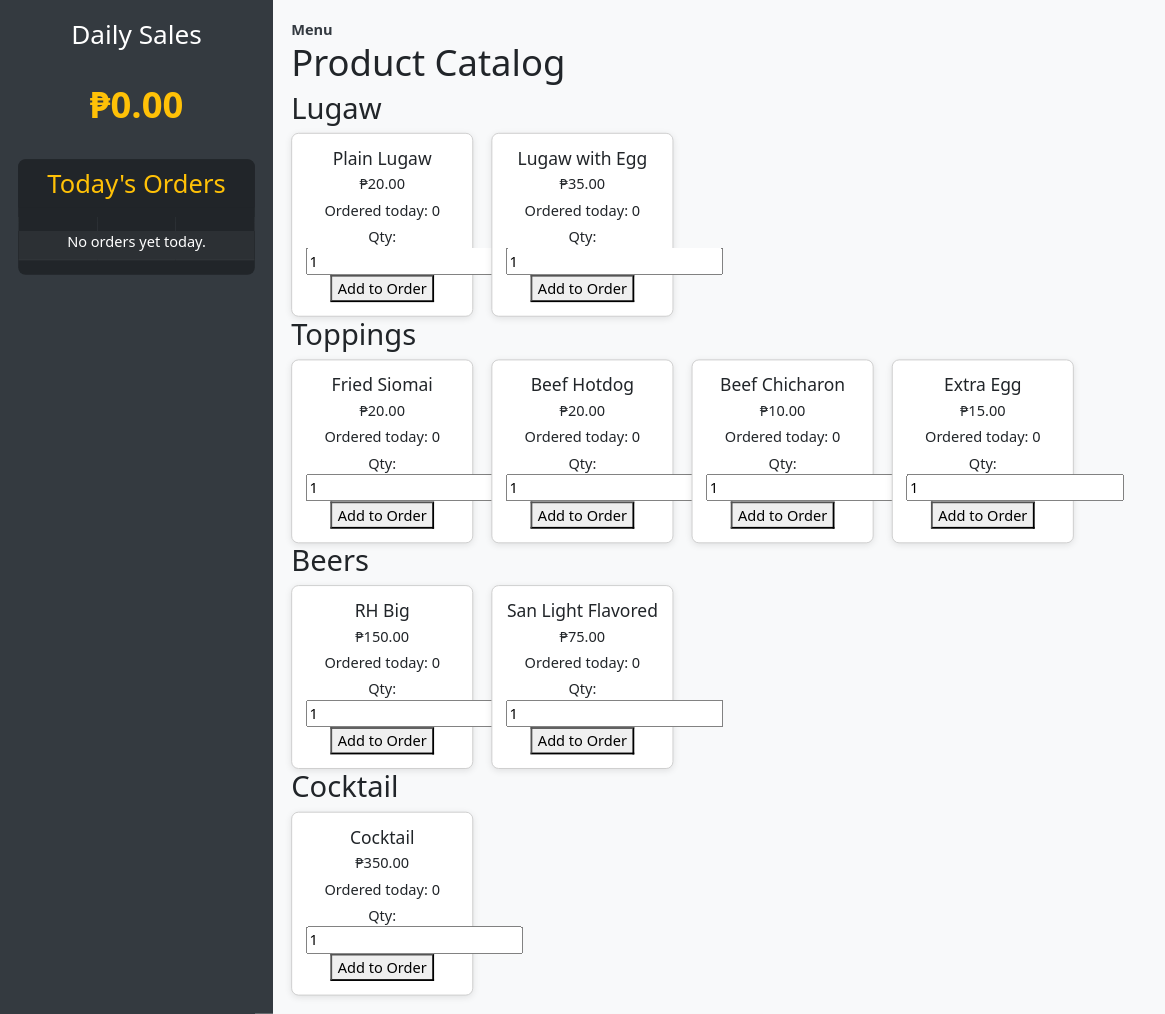
Repository: Jijiluzana225/lugawan_pitlane
Page: http://localhost/catalog/
The author's editor kept a copy of each file at every save. The page is drawn from the files as they stood at one save, then again after the next save.
The browser window is 1280 px wide. The pictures show the whole page, at 91% of full size.
The page is served by the project's application, run on Django 5.2 (manage.py). The page reads the database file committed with the project.

Above is the page before, as saved 2025-03-06 09:40:09.

After the next save:
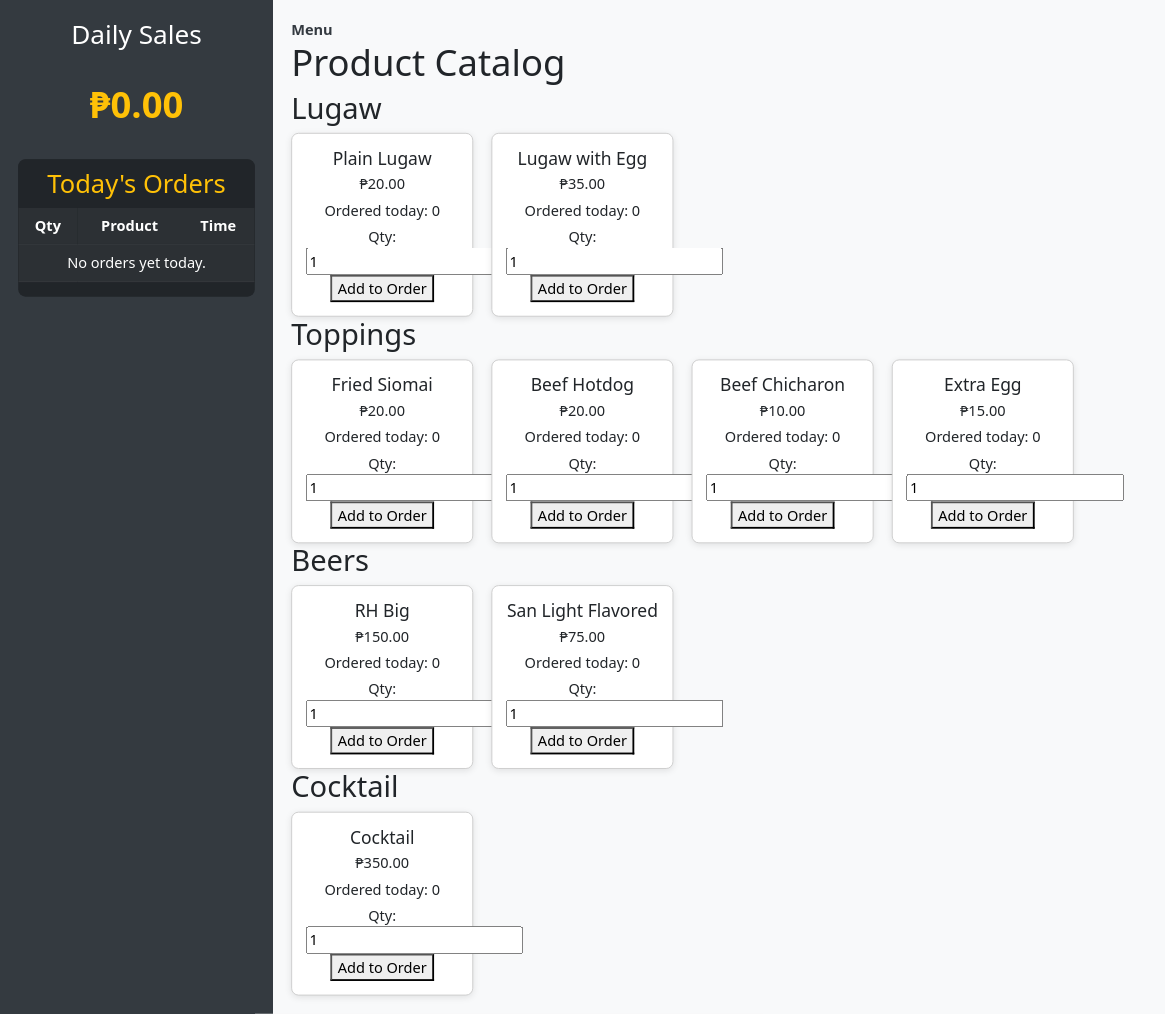
Saved 23 s later.
--- a/pos/templates/pos/base.html
+++ b/pos/templates/pos/base.html
@@ -155,11 +155,11 @@
 
             <div class="scrollable-table">
                 <table class="table table-dark table-striped">
-                    <thead class="sticky-thead">
+
                         <tr>
-                            <th></th>
-                            <th></th>
-                            <th></th>
+                            <th>Qty</th>
+                            <th>Product</th>
+                            <th>Time</th>
                         </tr>
                     </thead>
                     <tbody>
